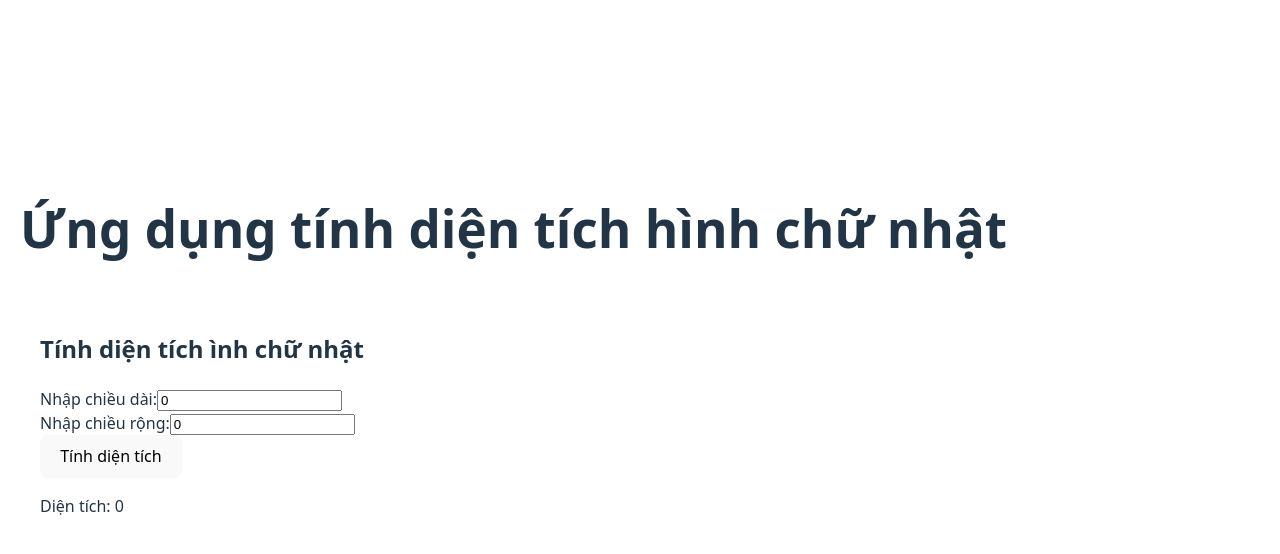
Repository: thidieu2005/React_State
Page: /
These files come from the project's save history. The page is drawn as it stood at one moment and after a run of saves; the edit follows.
The browser window is 1280 px wide. The pictures show the whole page.
The project was rebuilt for these pictures with package versions that can differ from the ones it lists, and the page was loaded fresh each time. Also part of the build but not shown: vite.config.js.

Above is the page before, as saved 2025-04-22 10:46:26.

After the next 2 saves:
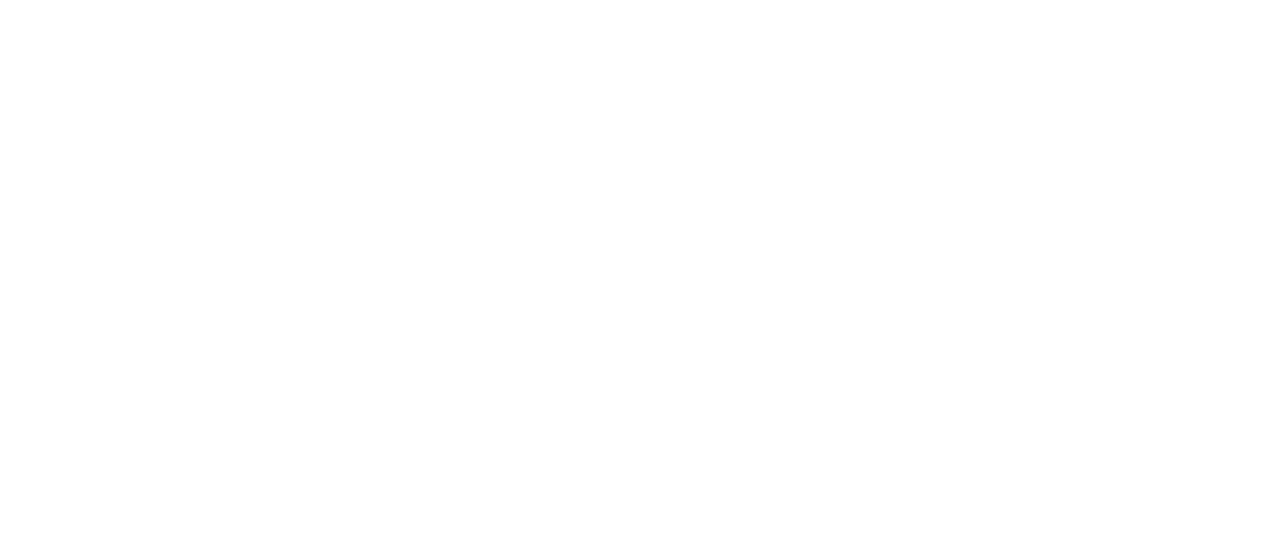
Console error: ReferenceError: Dientich_ is not defined
The 2 saves are shown as one change because 1 did not build or start.
The last was saved 60 s later.
--- a/src/main.jsx
+++ b/src/main.jsx
@@ -8,6 +8,6 @@
 
 createRoot(document.getElementById('root')).render(
   <StrictMode>
-    <App />
+    <Dientich_ />
   </StrictMode>,
 )

After the 3 saves that followed:
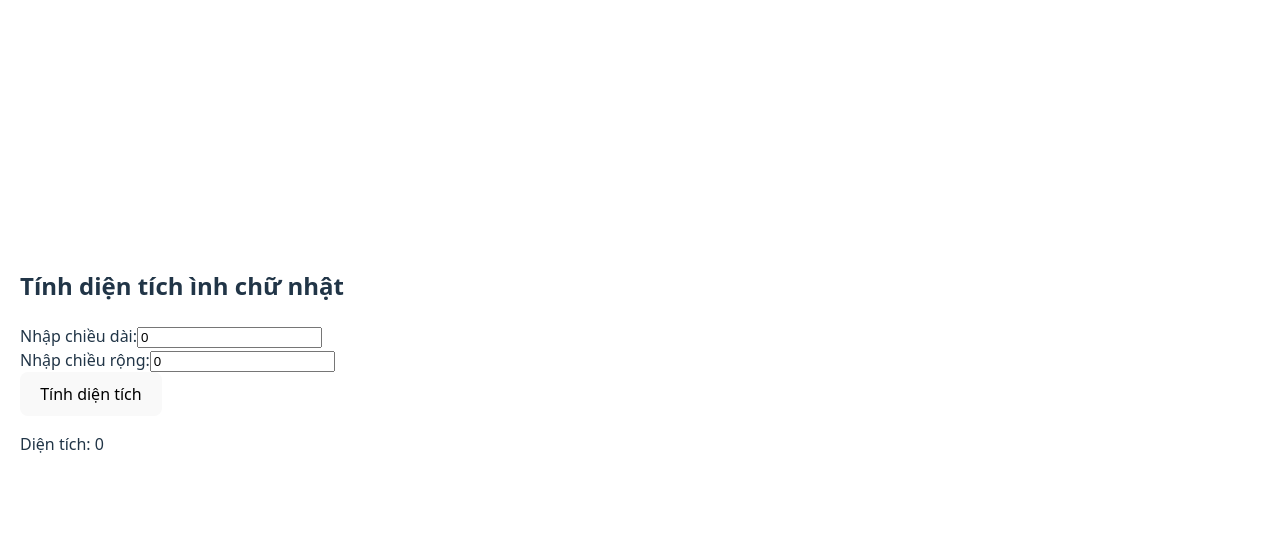
The error is gone.
The 3 saves are shown as one change because 1 left the picture as it was and some came seconds apart.
The last was saved 14 s later.
--- a/src/main.jsx
+++ b/src/main.jsx
@@ -2,12 +2,13 @@
 import { createRoot } from 'react-dom/client'
 import './index.css'
 import App from './App.jsx'
+import Dientich_hcn from './Dientich_hcn.jsx'
 // import App from './App.jsx'
 // import Counter from './Counter.jsx'
 import CounterFunction from './Counter_function.jsx'
 
 createRoot(document.getElementById('root')).render(
   <StrictMode>
-    <Dientich_ />
+    <Dientich_hcn />
   </StrictMode>,
 )
